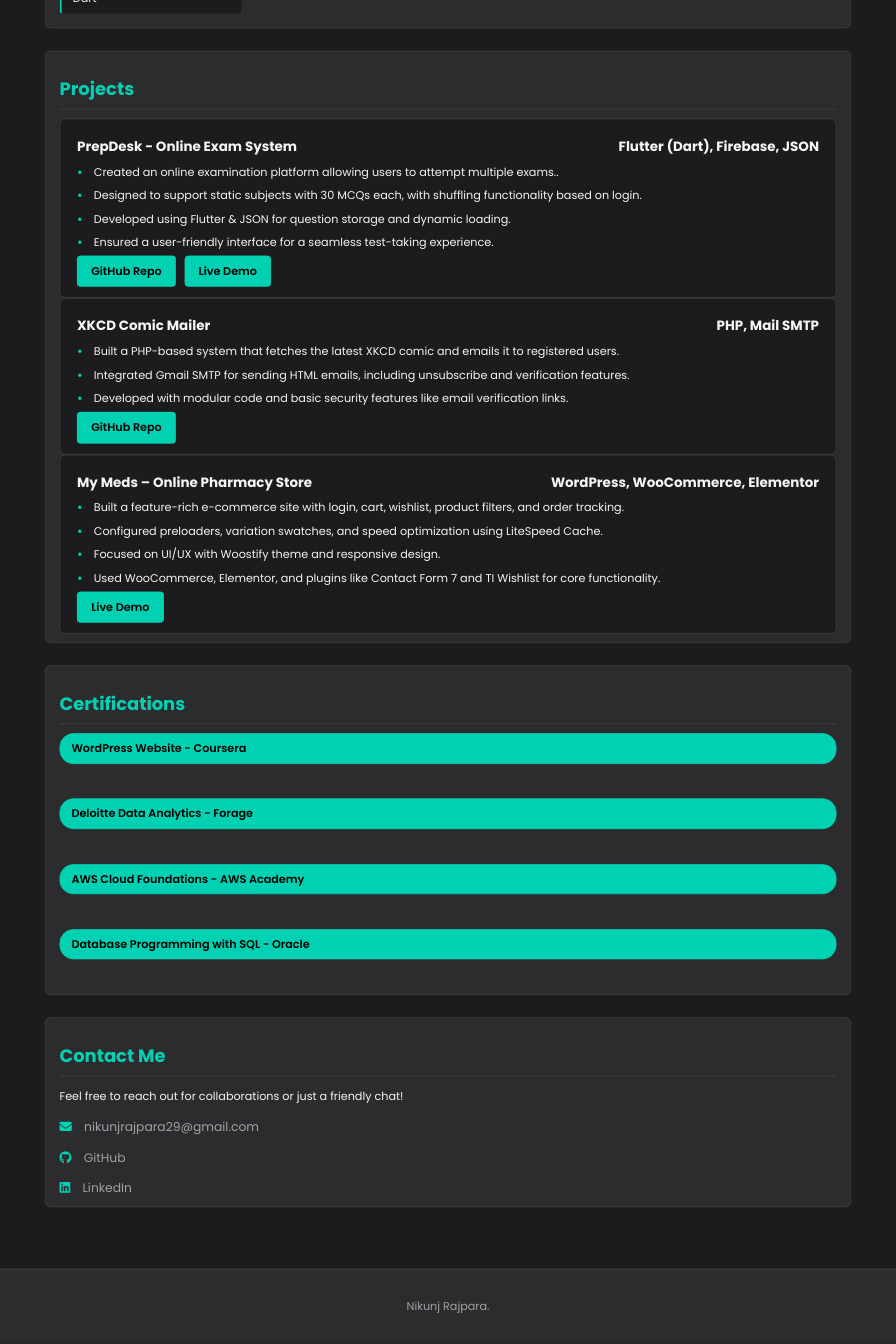
Repository: NikunjRajpara/portfolio
Page: index.html
The author's editor kept a copy of each file at every save. The page is drawn from the files as they stood at one save, then again after the next save.
The browser window is 1280 px wide. The pictures show the part of the page from y = 1928 to 3848 px (the page is 3848 px tall), at 70% of full size.

Above is the page before, as saved 2025-07-23 11:14:14.

After the next save:
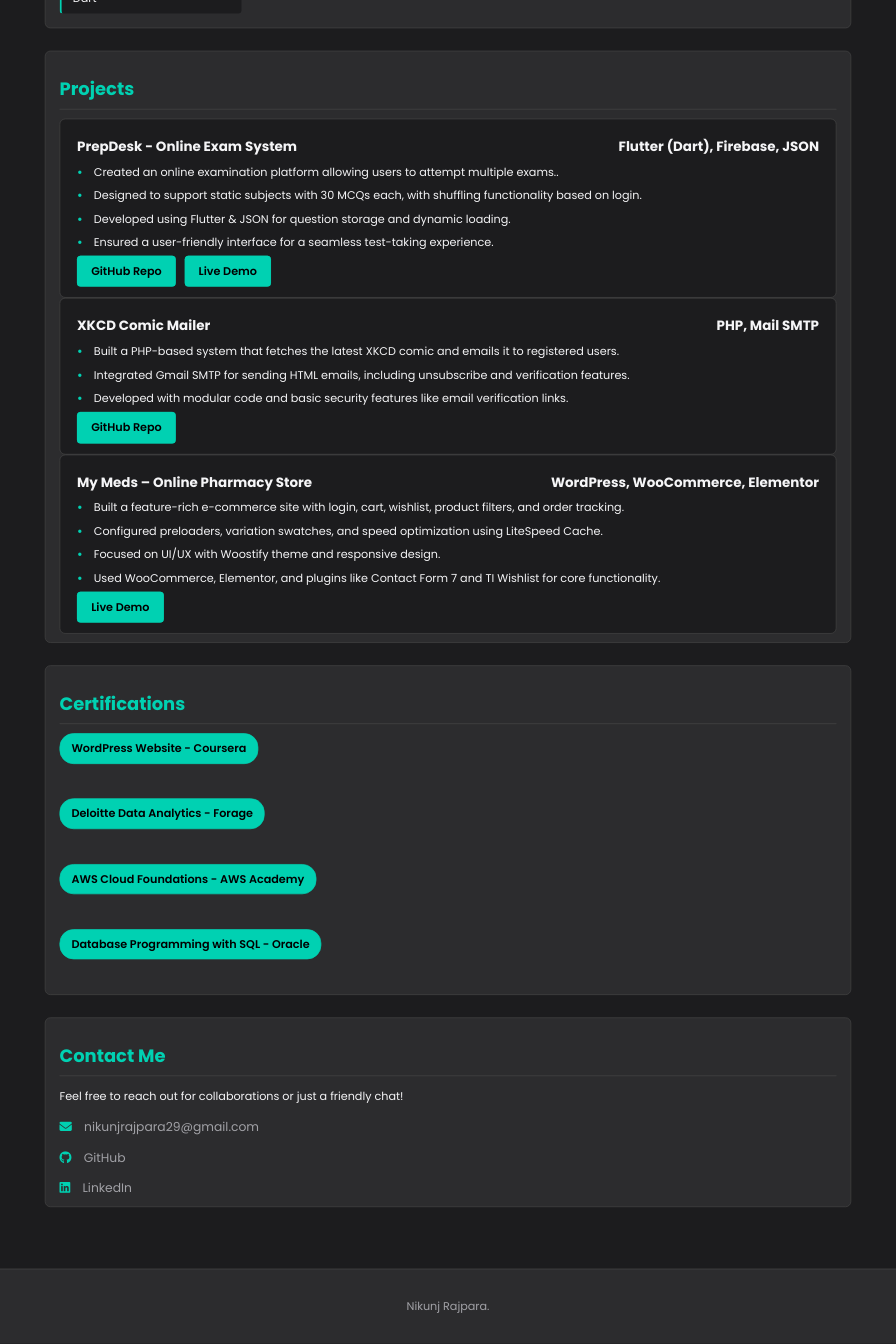
Saved 46 s later.
--- a/style.css
+++ b/style.css
@@ -391,9 +391,11 @@ footer {
 
 .certifications-container {
     display: flex;
-    flex-direction: column; /* Stack vertically */
+    flex-direction: column;
     gap: 0.75rem;
-}
+    align-items: flex-start; /* Align badges to left without stretching */
+}
+
 
 
 .cert-badge {
